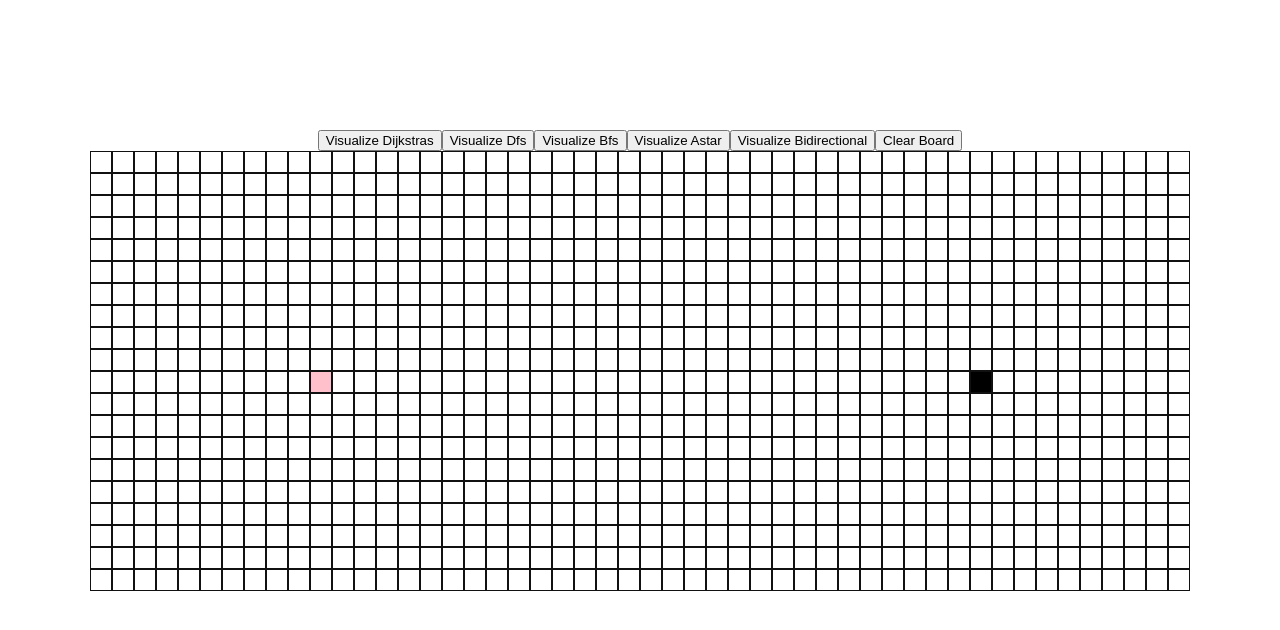
Repository: rehans-Life/Pathfinding-Visualizer
Page: /
These files come from the project's save history. The page is drawn as it stood at one moment and after the next save; the edit follows.
The browser window is 1280 px wide. The pictures show the whole page.
The project was rebuilt for these pictures with package versions that can differ from the ones it lists, and the page was loaded fresh each time. The framework's server and built-in components were replaced by stand-ins that run in the browser. Also part of the build but not shown: next.config.js.

Above is the page before, as saved 2023-03-10 10:17:00.

### pages/index.js
import Head from "next/head";
import styles from "../styles/Home.module.css";
import Node from "../components/Node";
import { visualizeDijistras } from "../algorithms/dijkstras";
import { useState } from "react";
import { visualizeDfs } from "../algorithms/dfs";
import { visualizeBfs } from "../algorithms/bfs";
import { visualizeAstar } from "../algorithms/aStar";
import { visualizeBidirectional } from "../algorithms/bidirectional";

export const START_ROW = 10;
export const START_COL = 40;
export const END_ROW = 10;
export const END_COL = 10;

function getInitialGrid() {
  let grid = [];
  for (let i = 0; i < 20; i++) {
    let row = [];
    for (let j = 0; j < 50; j++) {
      const node = {
        row: i,
        col: j,
        isStart: i === START_ROW && j === START_COL,
        isEnd: i === END_ROW && j === END_COL,
        distance: Infinity,
        parent: null,
        isVisited: false,
        isInPath: false,
        isWall: false,
        huristic: Infinity,
        totalDistance: 0,
      };
      row.push(node);
    }
    grid.push(row);
  }
  return grid;
}

const canBecomeWall = (row, col) => {
  return row != END_ROW || col != END_COL;
};

export default function Home() {
  const [grid, setGrid] = useState(getInitialGrid());
  const [mouseDown, setMouseDown] = useState(false);

  const handleMouseDown = (row, col) => {
    if (!canBecomeWall(row, col)) return;
    setMouseDown(true);
    setCellAsWall(row, col);
  };

  const handleMouseEnter = (row, col) => {
    if (!canBecomeWall(row, col)) return;
    if (mouseDown) {
      setCellAsWall(row, col);
    }
  };

  const handleMouseUp = () => {
    setMouseDown(false);
  };

  const setCellAsWall = (row, col) => {
    let newGrid = grid.slice();
    newGrid[row][col].isWall = !newGrid[row][col].isWall;
    setGrid(newGrid);
  };

  return (
    <div className={styles.container}>
      <Head>
        <title>Pathfinding Visualizer</title>
        <meta name="description" content="Generated by create next app" />
        <link rel="icon" href="/favicon.ico" />
      </Head>
      <div className={styles.buttons}>
        <button onClick={() => visualizeDijistras(grid, setGrid)}>
          Visualize Dijkstras
        </button>
        <button onClick={() => visualizeDfs(grid, setGrid)}>
          Visualize Dfs
        </button>
        <button onClick={() => visualizeBfs(grid, setGrid)}>
          Visualize Bfs
        </button>
        <button onClick={() => visualizeAstar(grid, setGrid)}>
          Visualize Astar
        </button>
        <button onClick={() => visualizeBidirectional(grid, setGrid)}>
          Visualize Bidirectional
        </button>
        <button onClick={() => setGrid(getInitialGrid())}>Clear Board</button>
      </div>
      {grid.map((row, index) => (
        <div key={index} className={styles.row}>
          {row.map((node, index) => (
            <Node
              key={index}
              row={node.row}
              col={node.col}
              isStart={node.isStart}
              isEnd={node.isEnd}
              distance={node.distance}
              isVisited={node.isVisited}
              isInPath={node.isInPath}
              isWall={node.isWall}
              handleMouseDown={handleMouseDown}
              handleMouseUp={handleMouseUp}
              handleMouseEnter={handleMouseEnter}
            ></Node>
          ))}
        </div>
      ))}
    </div>
  );
}

### styles/Home.module.css
.container {
  display: flex;
  flex-direction: column;
  justify-content: center;
  align-items: center;
  width: 100vw;
  height: 100vh;
}
.node {
  padding: 10px;
  border: 1px solid #111;
  width: 10px;
}

.row {
  display: flex;
}
.button {
  display: flex;
  align-items: center;
}

.startNode {
  padding: 10px;
  border: 1px solid #111;
  width: 10px;
  background-color: black;
}
.visited {
  background-color: lightslategray;
  padding: 10px;
  border: 1px solid #111;
  width: 10px;
}

.wall {
  background-color: darkslateblue;
  padding: 10px;
  border: 1px solid #111;
  width: 10px;
}

.inPath {
  background-color: royalblue;
  padding: 10px;
  border: 1px solid #111;
  width: 10px;
}

.endNode {
  padding: 10px;
  border: 1px solid #111;
  width: 10px;
  background-color: pink;
}

### components/Node.js
import React from "react";
import styles from "../styles/Home.module.css";

export default function Node({
  row,
  col,
  isStart,
  isEnd,
  isWall,
  isInPath,
  isVisited,
  handleMouseDown,
  handleMouseUp,
  handleMouseEnter,
}) {
  return (
    <div
      onMouseDown={() => handleMouseDown(row, col)}
      onMouseUp={handleMouseUp}
      onMouseEnter={() => handleMouseEnter(row, col)}
      className={
        isStart
          ? styles.startNode
          : isEnd
          ? styles.endNode
          : isWall
          ? styles.wall
          : isInPath
          ? styles.inPath
          : isVisited
          ? styles.visited
          : styles.node
      }
    >
      {" "}
    </div>
  );
}

### algorithms/dijkstras.js
import { END_COL, END_ROW, START_COL, START_ROW } from "../pages";

class PriorityQueue {
  constructor() {
    this.heap = [];
  }

  isEmpty() {
    return this.heap.length == 0;
  }

  insert(node) {
    this.heap.push(node);
    let i = this.heap.length - 1;
    this.siftup(i);
  }

  delete() {
    let temp = this.heap[0];
    this.heap[0] = this.heap[this.heap.length - 1];
    this.heap.pop();
    this.shiftdown(0);
    return temp;
  }

  siftup(i) {
    let parent = Math.floor((i - 1) / 2);
    while (parent >= 0 && this.heap[parent].distance > this.heap[i].distance) {
      let temp = this.heap[parent];
      this.heap[parent] = this.heap[i];
      this.heap[i] = temp;
      i = parent;
      parent = Math.floor((i - 1) / 2);
    }
  }
  shiftdown(i) {
    let leftChild = i * 2 + 1;
    let rightChild = i * 2 + 2;
    let n = this.heap.length;

    while (
      (leftChild < n &&
        this.heap[leftChild].distance < this.heap[i].distance) ||
      (rightChild < n && this.heap[rightChild].distance < this.heap[i].distance)
    ) {
      let smaller =
        rightChild >= n ||
        this.heap[leftChild].distance <= this.heap[rightChild].distance
          ? leftChild
          : rightChild;

      let temp = this.heap[i];
      this.heap[i] = this.heap[smaller];
      this.heap[smaller] = temp;

      i = smaller;
      leftChild = i * 2 + 1;
      rightChild = i * 2 + 2;
    }
  }
}

function isValid(row, col) {
  return row < 20 && row >= 0 && col < 50 && col >= 0;
}

export function dijkstras(grid, src, target) {
  let priorityQueue = new PriorityQueue();
  let delRow = [-1, +1, 0, 0];
  let delCol = [0, 0, -1, +1];

  let visitedNodes = [];

  priorityQueue.insert(src);
  src.distance = 0;
  visitedNodes.push(src);

  while (!priorityQueue.isEmpty()) {
    let node = priorityQueue.delete();

    for (let i = 0; i < 4; i++) {
      let adjRow = node.row + delRow[i];
      let adjCol = node.col + delCol[i];
      let newDistance = node.distance + 1;

      if (isValid(adjRow, adjCol)) {
        let adjNode = grid[adjRow][adjCol];
        if (!adjNode.isWall && newDistance < adjNode.distance) {
          adjNode.distance = newDistance;
          adjNode.parent = node;
          if (adjNode.row === target.row && adjNode.col === target.col) {
            return visitedNodes;
          }
          visitedNodes.push(adjNode);
          priorityQueue.insert(adjNode);
        }
      }
    }
  }
  return visitedNodes;
}

const animteDijkstras = (visitedNodes, path, grid, setGrid) => {
  for (let i = 0; i < visitedNodes?.length; i++) {
    if (i === visitedNodes.length - 1) {
      setTimeout(() => {
        animatePath(path, grid, setGrid);
      }, 10 * i);
    }
    setTimeout(() => {
      let newGrid = grid.slice();

      let node = visitedNodes[i];
      let newNode = {
        ...node,
        isVisited: true,
      };

      newGrid[node.row][node.col] = newNode;
      setGrid(newGrid);
    }, 10 * i);
  }
};

const animatePath = (path, grid, setGrid) => {
  for (let i = 0; i < path?.length; i++) {
    setTimeout(() => {
      let newGrid = grid.slice();

      let node = path[i];
      let newNode = {
        ...node,
        isInPath: true,
      };

      newGrid[node.row][node.col] = newNode;
      setGrid(newGrid);
    }, 50 * i);
  }
};

export const visualizeDijistras = (grid, setGrid) => {
  let startNode = grid[START_ROW][START_COL];
  let endNode = grid[END_ROW][END_COL];
  let visitedNodes = dijkstras(grid, startNode, endNode);
  let node = grid[END_ROW][END_COL];
  let path = [];
  while (node) {
    path.push(node);
    node = node.parent;
  }
  path.reverse();
  animteDijkstras(visitedNodes, path, grid, setGrid);
};

### algorithms/dfs.js
import { END_COL, END_ROW, START_COL, START_ROW } from "../pages";

export function visualizeDfs(grid, setGrid) {
  let startNode = grid[START_ROW][START_COL];
  let endNode = grid[END_ROW][END_COL];
  let visitedNodes = dfs(grid, startNode, endNode);
  let path = [];
  let node = endNode;
  while (node) {
    path.push(node);
    node = node.parent;
  }
  path.reverse();
  animateDfs(visitedNodes, path, grid, setGrid);
}

function animateDfs(visitedNodes, path, grid, setGrid) {
  for (let i = 0; i < visitedNodes.length; i++) {
    setTimeout(() => {
      if (i === visitedNodes.length - 1) {
        animatePath(path, grid, setGrid);
      }
      let newGrid = grid.slice();

      let node = visitedNodes[i];
      let newNode = {
        ...node,
        isVisited: true,
      };

      newGrid[node.row][node.col] = newNode;
      setGrid(newGrid);
    }, 10 * i);
  }
}

function animatePath(path, grid, setGrid) {
  for (let i = 0; i < path.length; i++) {
    setTimeout(() => {
      let newGrid = grid.slice();

      let node = path[i];
      let newNode = {
        ...node,
        isInPath: true,
      };

      newGrid[node.row][node.col] = newNode;
      setGrid(newGrid);
    }, 10 * i);
  }
}

function isValid(row, col) {
  return row < 20 && row >= 0 && col < 50 && col >= 0;
}

function dfs(grid, src, target) {
  let visitedNodes = [];
  let delRow = [-1, 0, 0, +1];
  let delCol = [0, +1, -1, 0];

  function helper(node, parent) {
    node.distance = 1;
    node.parent = parent;
    visitedNodes.push(node);

    if (node.row === target.row && node.col === target.col) {
      return true;
    }

    for (let i = 0; i < 4; i++) {
      let adjRow = node.row + delRow[i];
      let adjCol = node.col + delCol[i];

      if (isValid(adjRow, adjCol)) {
        let adjNode = grid[adjRow][adjCol];
        if (!adjNode.isWall && adjNode.distance === Infinity) {
          if (helper(adjNode, node)) {
            return true;
          }
        }
      }
    }
  }

  helper(src, null);
  return visitedNodes;
}

### algorithms/bfs.js
import { END_COL, END_ROW, START_COL, START_ROW } from "../pages";

function isValid(row, col) {
  return row < 20 && row >= 0 && col < 50 && col >= 0;
}

export function bfs(grid, src, target) {
  let queue = [];
  let delRow = [-1, +1, 0, 0];
  let delCol = [0, 0, -1, +1];

  let visitedNodes = [];

  queue.push(src);
  src.distance = 0;
  visitedNodes.push(src);

  while (queue.length) {
    let node = queue.shift();

    for (let i = 0; i < 4; i++) {
      let adjRow = node.row + delRow[i];
      let adjCol = node.col + delCol[i];
      let newDistance = node.distance + 1;

      if (isValid(adjRow, adjCol)) {
        let adjNode = grid[adjRow][adjCol];
        if (!adjNode.isWall && newDistance < adjNode.distance) {
          adjNode.distance = newDistance;
          adjNode.parent = node;
          if (adjNode.row === target.row && adjNode.col === target.col) {
            return visitedNodes;
          }
          visitedNodes.push(adjNode);
          queue.push(adjNode);
        }
      }
    }
  }
  return visitedNodes;
}

const animateBfs = (visitedNodes, path, grid, setGrid) => {
  for (let i = 0; i < visitedNodes?.length; i++) {
    if (i === visitedNodes.length - 1) {
      setTimeout(() => {
        animatePath(path, grid, setGrid);
      }, 10 * i);
    }
    setTimeout(() => {
      let newGrid = grid.slice();

      let node = visitedNodes[i];
      let newNode = {
        ...node,
        isVisited: true,
      };

      newGrid[node.row][node.col] = newNode;
      setGrid(newGrid);
    }, 10 * i);
  }
};

const animatePath = (path, grid, setGrid) => {
  for (let i = 0; i < path?.length; i++) {
    setTimeout(() => {
      let newGrid = grid.slice();

      let node = path[i];
      let newNode = {
        ...node,
        isInPath: true,
      };

      newGrid[node.row][node.col] = newNode;
      setGrid(newGrid);
    }, 50 * i);
  }
};

export const visualizeBfs = (grid, setGrid) => {
  let startNode = grid[START_ROW][START_COL];
  let endNode = grid[END_ROW][END_COL];
  let visitedNodes = bfs(grid, startNode, endNode);
  let node = grid[END_ROW][END_COL];
  let path = [];
  while (node) {
    path.push(node);
    node = node.parent;
  }
  path.reverse();
  animateBfs(visitedNodes, path, grid, setGrid);
};

### algorithms/aStar.js
import { END_COL, END_ROW, START_COL, START_ROW } from "../pages";

function isValid(row, col) {
  return row < 20 && row >= 0 && col < 50 && col >= 0;
}

class PriorityQueue {
  constructor() {
    this.heap = [];
  }

  isEmpty() {
    return this.heap.length == 0;
  }

  insert(node) {
    this.heap.push(node);
    let i = this.heap.length - 1;
    this.siftup(i);
  }

  delete() {
    let temp = this.heap[0];
    this.heap[0] = this.heap[this.heap.length - 1];
    this.heap.pop();
    this.shiftdown(0);
    return temp;
  }

  siftup(i) {
    let parent = Math.floor((i - 1) / 2);
    while (
      parent >= 0 &&
      this.heap[parent].totalDistance > this.heap[i].totalDistance
    ) {
      let temp = this.heap[parent];
      this.heap[parent] = this.heap[i];
      this.heap[i] = temp;
      i = parent;
      parent = Math.floor((i - 1) / 2);
    }
  }
  shiftdown(i) {
    let leftChild = i * 2 + 1;
    let rightChild = i * 2 + 2;
    let n = this.heap.length;

    while (
      (leftChild < n &&
        this.heap[leftChild].totalDistance < this.heap[i].totalDistance) ||
      (rightChild < n &&
        this.heap[rightChild].totalDistance < this.heap[i].totalDistance)
    ) {
      let smaller =
        rightChild >= n ||
        this.heap[leftChild].totalDistance <=
          this.heap[rightChild].totalDistance
          ? leftChild
          : rightChild;

      let temp = this.heap[i];
      this.heap[i] = this.heap[smaller];
      this.heap[smaller] = temp;

      i = smaller;
      leftChild = i * 2 + 1;
      rightChild = i * 2 + 2;
    }
  }
}

class PriorityQueueII {
  constructor() {
    this.heap = [];
  }

  isEmpty() {
    return this.heap.length == 0;
  }

  insert(node) {
    this.heap.push(node);
    let i = this.heap.length - 1;
    this.siftup(i);
  }

  delete() {
    let temp = this.heap[0];
    this.heap[0] = this.heap[this.heap.length - 1];
    this.heap.pop();
    this.shiftdown(0);
    return temp;
  }

  siftup(i) {
    let parent = Math.floor((i - 1) / 2);
    while (parent >= 0 && this.heap[parent].huristic > this.heap[i].huristic) {
      let temp = this.heap[parent];
      this.heap[parent] = this.heap[i];
      this.heap[i] = temp;
      i = parent;
      parent = Math.floor((i - 1) / 2);
    }
  }
  shiftdown(i) {
    let leftChild = i * 2 + 1;
    let rightChild = i * 2 + 2;
    let n = this.heap.length;

    while (
      (leftChild < n &&
        this.heap[leftChild].huristic < this.heap[i].huristic) ||
      (rightChild < n && this.heap[rightChild].huristic < this.heap[i].huristic)
    ) {
      let smaller =
        rightChild >= n ||
        this.heap[leftChild].huristic <= this.heap[rightChild].huristic
          ? leftChild
          : rightChild;

      let temp = this.heap[i];
      this.heap[i] = this.heap[smaller];
      this.heap[smaller] = temp;

      i = smaller;
      leftChild = i * 2 + 1;
      rightChild = i * 2 + 2;
    }
  }
}

function dijkstras(grid, src) {
  const priorityQueueII = new PriorityQueue();
  let delRow = [-1, 0, 0, +1];
  let delCol = [0, +1, -1, 0];

  priorityQueueII.insert(src);
  src.huristic = 0;

  while (!priorityQueueII.isEmpty()) {
    let node = priorityQueueII.delete();

    for (let i = 0; i < 4; i++) {
      let adjRow = node.row + delRow[i];
      let adjCol = node.col + delCol[i];
      let newHuristic = node.huristic + 1;

      if (isValid(adjRow, adjCol)) {
        let adjNode = grid[adjRow][adjCol];
        if (!adjNode.isWall && newHuristic < adjNode.huristic) {
          adjNode.huristic = newHuristic;
          priorityQueueII.insert(adjNode);
        }
      }
    }
  }
}

function aStar(grid, src, target) {
  dijkstras(grid, target);
  const priorityQueue = new PriorityQueue();
  let delRow = [-1, 0, 0, +1];
  let delCol = [0, +1, -1, 0];
  let visitedNodes = [];
  priorityQueue.insert(src);
  src.distance = 0;
  visitedNodes.push(src);
  src.totalDistance = src.distance + src.huristic;

  while (!priorityQueue.isEmpty()) {
    let node = priorityQueue.delete();

    for (let i = 0; i < 4; i++) {
      let adjRow = node.row + delRow[i];
      let adjCol = node.col + delCol[i];
      let newDistance = node.distance + 1;

      if (isValid(adjRow, adjCol)) {
        let adjNode = grid[adjRow][adjCol];
        if (!adjNode.isWall && newDistance < adjNode.distance) {
          adjNode.distance = newDistance;
          adjNode.totalDistance = adjNode.distance + adjNode.huristic;
          adjNode.parent = node;
          if (adjNode.row === target.row && adjNode.col === target.col) {
            return visitedNodes;
          }
          visitedNodes.push(adjNode);
          priorityQueue.insert(adjNode);
        }
      }
    }
  }
  return visitedNodes;
}

const animateAstar = (visitedNodes, path, grid, setGrid) => {
  for (let i = 0; i < visitedNodes?.length; i++) {
    if (i === visitedNodes.length - 1) {
      setTimeout(() => {
        animatePath(path, grid, setGrid);
      }, 10 * i);
    }
    setTimeout(() => {
      let newGrid = grid.slice();

      let node = visitedNodes[i];
      let newNode = {
        ...node,
        isVisited: true,
      };

      newGrid[node.row][node.col] = newNode;
      setGrid(newGrid);
    }, 10 * i);
  }
};

const animatePath = (path, grid, setGrid) => {
  for (let i = 0; i < path?.length; i++) {
    setTimeout(() => {
      let newGrid = grid.slice();

      let node = path[i];
      let newNode = {
        ...node,
        isInPath: true,
      };

      newGrid[node.row][node.col] = newNode;
      setGrid(newGrid);
    }, 50 * i);
  }
};

export const visualizeAstar = (grid, setGrid) => {
  let startNode = grid[START_ROW][START_COL];
  let endNode = grid[END_ROW][END_COL];
  let visitedNodes = aStar(grid, startNode, endNode);
  let node = grid[END_ROW][END_COL];
  let path = [];
  while (node) {
    path.push(node);
    node = node.parent;
  }
  path.reverse();
  animateAstar(visitedNodes, path, grid, setGrid);
};

### algorithms/bidirectional.js
import { END_COL, END_ROW, START_COL, START_ROW } from "../pages";

function isValid(row, col) {
  return row < 20 && row >= 0 && col < 50 && col >= 0;
}

function bidirectional(grid, src, target) {
  let forwardQueue = [];
  let backwardQueue = [];

  let forwardVisitedNodes = [];
  let backwardVisitedNodes = [];

  src.distance = 0;
  forwardQueue.push(src);
  forwardVisitedNodes.push(src);

  target.distance = 0;
  backwardQueue.push(target);
  backwardVisitedNodes.push(target);

  while (forwardQueue.length && backwardQueue.length) {
    bfs(grid, forwardQueue, forwardVisitedNodes, backwardVisitedNodes);

    let backwardIntersectingNodes = bfs(
      grid,
      backwardQueue,
      backwardVisitedNodes,
      forwardVisitedNodes
    );
    if (backwardIntersectingNodes) {
      return [
        answer(forwardVisitedNodes, backwardVisitedNodes),
        genertatePath(backwardIntersectingNodes),
      ];
    }
  }
  return answer(forwardVisitedNodes, backwardVisitedNodes);
}

function answer(forwardVisitedNodes, backwardVisitedNodes) {
  let visitedNodes = [];
  let n = forwardVisitedNodes.length;
  let m = backwardVisitedNodes.length;

  let greater = n > m ? n : m;

  for (let i = 0; i < greater; i++) {
    if (i < n) visitedNodes.push(forwardVisitedNodes[i]);
    if (i < m) visitedNodes.push(backwardVisitedNodes[i]);
  }
  return visitedNodes;
}

function genertatePath(intersectingingNodes) {
  let forwardPath = [];
  let forwardNode = intersectingingNodes[0];
  while (forwardNode) {
    forwardPath.push(forwardNode);
    forwardNode = forwardNode.parent;
  }
  forwardPath.reverse();
  let backwardPath = [];
  let backwardNode = intersectingingNodes[1];
  while (backwardNode) {
    backwardPath.push(backwardNode);
    backwardNode = backwardNode.parent;
  }
  let path = [...forwardPath, ...backwardPath];
  return path;
}

function bfs(grid, queue, directionVisitedNodes, visitedNodes) {
  let node = queue.shift();
  let delRow = [-1, +1, 0, 0];
  let delCol = [0, 0, -1, +1];

  for (let i = 0; i < 4; i++) {
    let adjRow = node.row + delRow[i];
    let adjCol = node.col + delCol[i];
    let newDistance = node.distance + 1;

    if (isValid(adjRow, adjCol)) {
      let adjNode = grid[adjRow][adjCol];

      if (visitedNodes.includes(adjNode)) {
        return [adjNode, node];
      }

      if (!adjNode.isWall && newDistance < adjNode.distance) {
        adjNode.distance = newDistance;
        adjNode.parent = node;
        directionVisitedNodes.push(adjNode);
        queue.push(adjNode);
      }
    }
  }
}

const animateBidirectional = (visitedNodes, path, grid, setGrid) => {
  for (let i = 0; i < visitedNodes?.length; i++) {
    if (i === visitedNodes.length - 1) {
      setTimeout(() => {
        animatePath(path, grid, setGrid);
      }, 10 * i);
    }
    setTimeout(() => {
      let newGrid = grid.slice();

      let node = visitedNodes[i];
      let newNode = {
        ...node,
        isVisited: true,
      };

      newGrid[node.row][node.col] = newNode;
      setGrid(newGrid);
    }, 10 * i);
  }
};

const animatePath = (path, grid, setGrid) => {
  for (let i = 0; i < path?.length; i++) {
    setTimeout(() => {
      let newGrid = grid.slice();

      let node = path[i];
      let newNode = {
        ...node,
        isInPath: true,
      };

      newGrid[node.row][node.col] = newNode;
      setGrid(newGrid);
    }, 50 * i);
  }
};

export const visualizeBidirectional = (grid, setGrid) => {
  let startNode = grid[START_ROW][START_COL];
  let endNode = grid[END_ROW][END_COL];
  let [visitedNodes, path] = bidirectional(grid, startNode, endNode);
  animateBidirectional(visitedNodes, path, grid, setGrid);
};

Loaded but not shown: pages/_app.js (common file); styles/globals.css (common file)

After the next save:
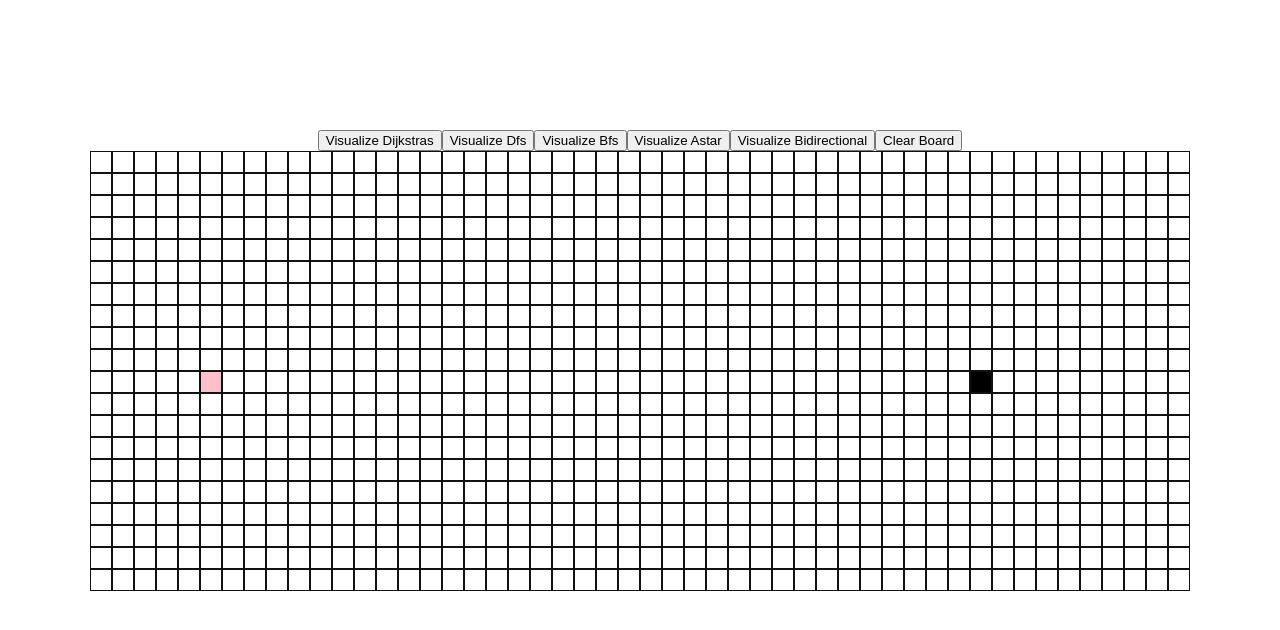
Saved 77 s later.
--- a/pages/index.js
+++ b/pages/index.js
@@ -11,7 +11,7 @@ import { visualizeBidirectional } from "../algorithms/bidirectional";
 export const START_ROW = 10;
 export const START_COL = 40;
 export const END_ROW = 10;
-export const END_COL = 10;
+export const END_COL = 5;
 
 function getInitialGrid() {
   let grid = [];
